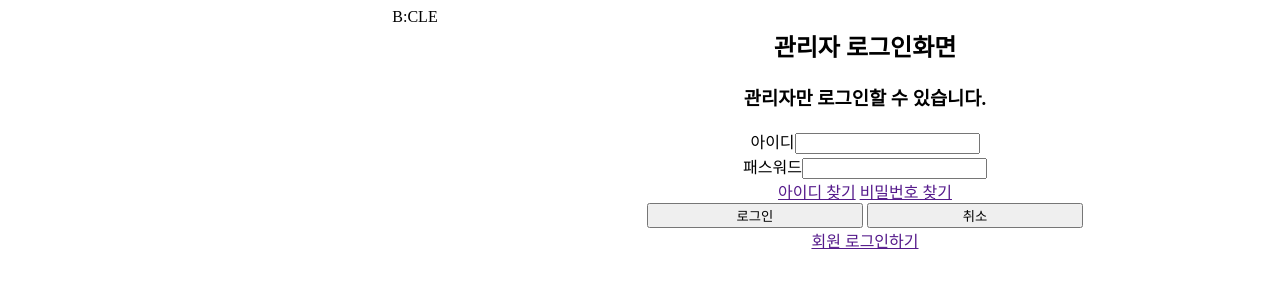
Repository: hyodii/SpringProject_Bcle
Page: http://localhost/Bcle/LoginPageAdmin.jsp
The author's editor kept a copy of each file at every save. The page is drawn from the files as they stood at one save, then again after the next save.
The browser window is 1280 px wide. The pictures show the whole page.
The page is served by Tomcat 9.

Above is the page before, as saved 2021-12-16 07:24:53.

After the next save:
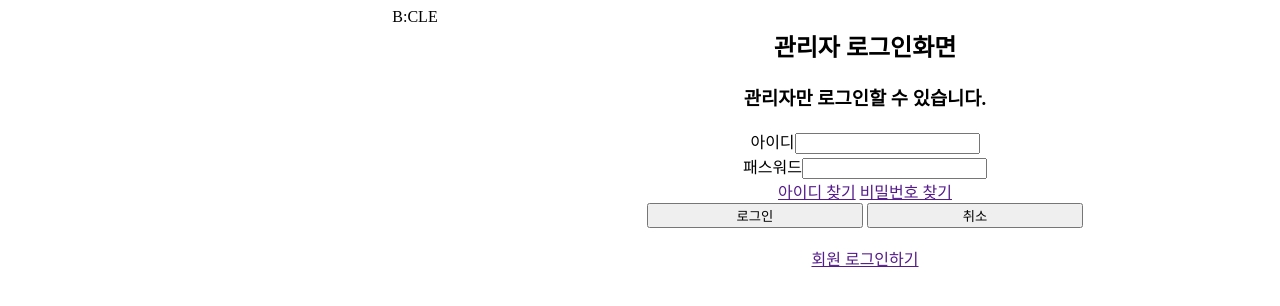
Saved 72 s later.
--- a/Bcle/WebContent/LoginPageAdmin.jsp
+++ b/Bcle/WebContent/LoginPageAdmin.jsp
@@ -48,6 +48,9 @@
 }
 
 </style>
+<script type="text/javascript">
+
+</script>
 </head>
 <body>
 
@@ -76,6 +79,8 @@
 					style="width: 48%;">
 					<input type="button" value="취소" id="resetBtn" class="btn"
 					style="width: 48%;">
+					<br><br>
+					<span id="err" style="color: red"></span>
 				</form>
 			</div>
 
